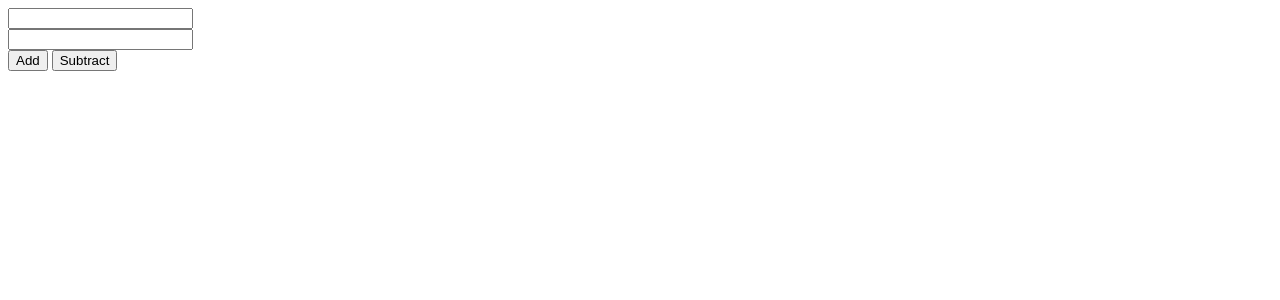
Repository: SHASHIDHAR-as/Spring
Page: spring-jsp-servelets/webapp/Webapp1/src/main/webapp/Calculator.html
These files come from the project's save history. The page is drawn as it stood at one moment and after the next save; the edit follows.
The browser window is 1280 px wide. The pictures show the whole page.

Above is the page before, as saved 2024-07-31 04:57:05.

### spring-jsp-servelets/webapp/Webapp1/src/main/webapp/Calculator.html
<!DOCTYPE html>
<html>
<head>
<meta charset="UTF-8">
<title>Calculator</title>
<script>
function add(){
    var num1 = parseFloat(document.getElementById("num1").value);
    var num2 = parseFloat(document.getElementById("num2").value);
    alert(num1 + num2);
}
function sub(){
    var num1 = parseFloat(document.getElementById("num1").value);
    var num2 = parseFloat(document.getElementById("num2").value);
    alert(num1 - num2);
}
</script>
</head>
<body>
<input type="text" id="num1"><br>
<input type="text" id="num2"><br>
<button onclick="add()">Add</button>
<button onclick="sub()">Subtract</button>
</body>
</html>

After the next save:
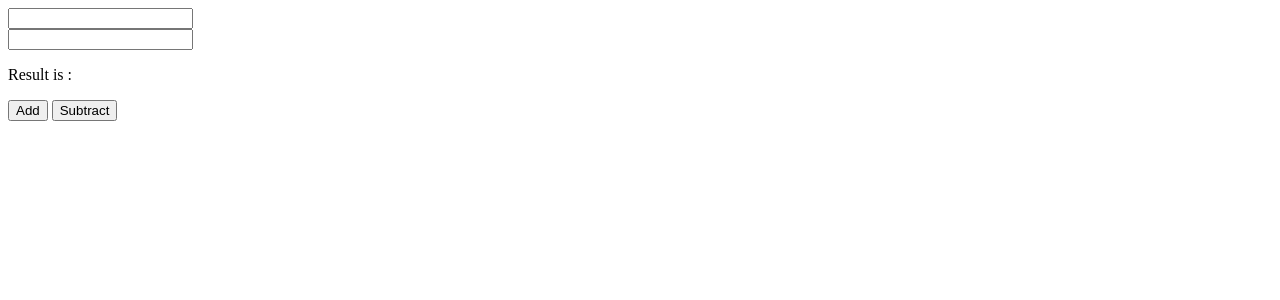
Saved 3 min 11 s later.
--- a/spring-jsp-servelets/webapp/Webapp1/src/main/webapp/Calculator.html
+++ b/spring-jsp-servelets/webapp/Webapp1/src/main/webapp/Calculator.html
@@ -7,6 +7,7 @@
 function add(){
     var num1 = parseFloat(document.getElementById("num1").value);
     var num2 = parseFloat(document.getElementById("num2").value);
+    document.getElementById.innerHTML=" Result is"+(num1+num2);
     alert(num1 + num2);
 }
 function sub(){
@@ -19,6 +20,7 @@ function sub(){
 <body>
 <input type="text" id="num1"><br>
 <input type="text" id="num2"><br>
+<p id="result">Result is :</p>
 <button onclick="add()">Add</button>
 <button onclick="sub()">Subtract</button>
 </body>
